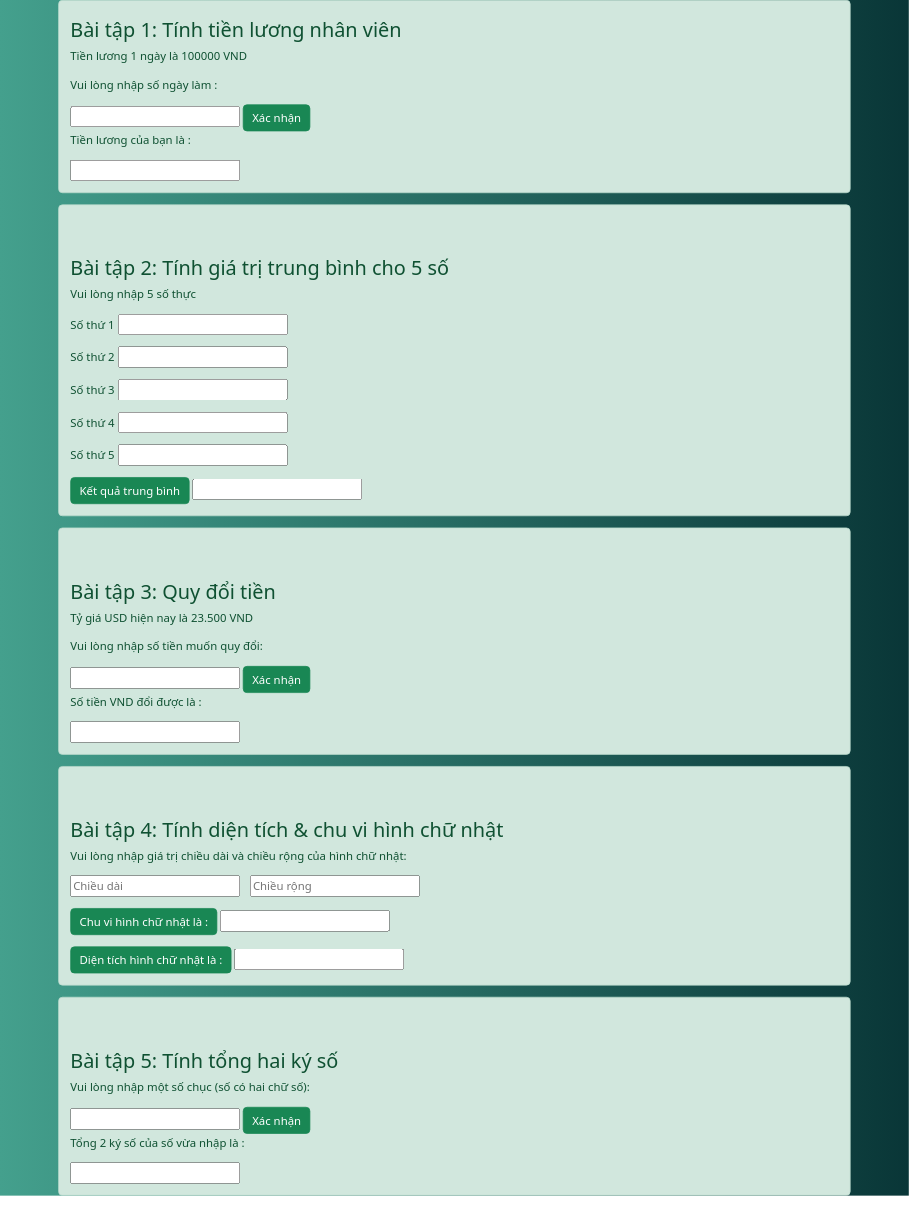
Repository: hcozyph/TranHuuPhuoc_BC43_BT_JS_Buoi2
Page: index.html
The author's editor kept a copy of each file at every save. The page is drawn from the files as they stood at one save, then again after the next save.
The browser window is 1280 px wide. The pictures show the whole page, at 71% of full size.

Above is the page before, as saved 2023-02-03 20:29:51.

After the next save:
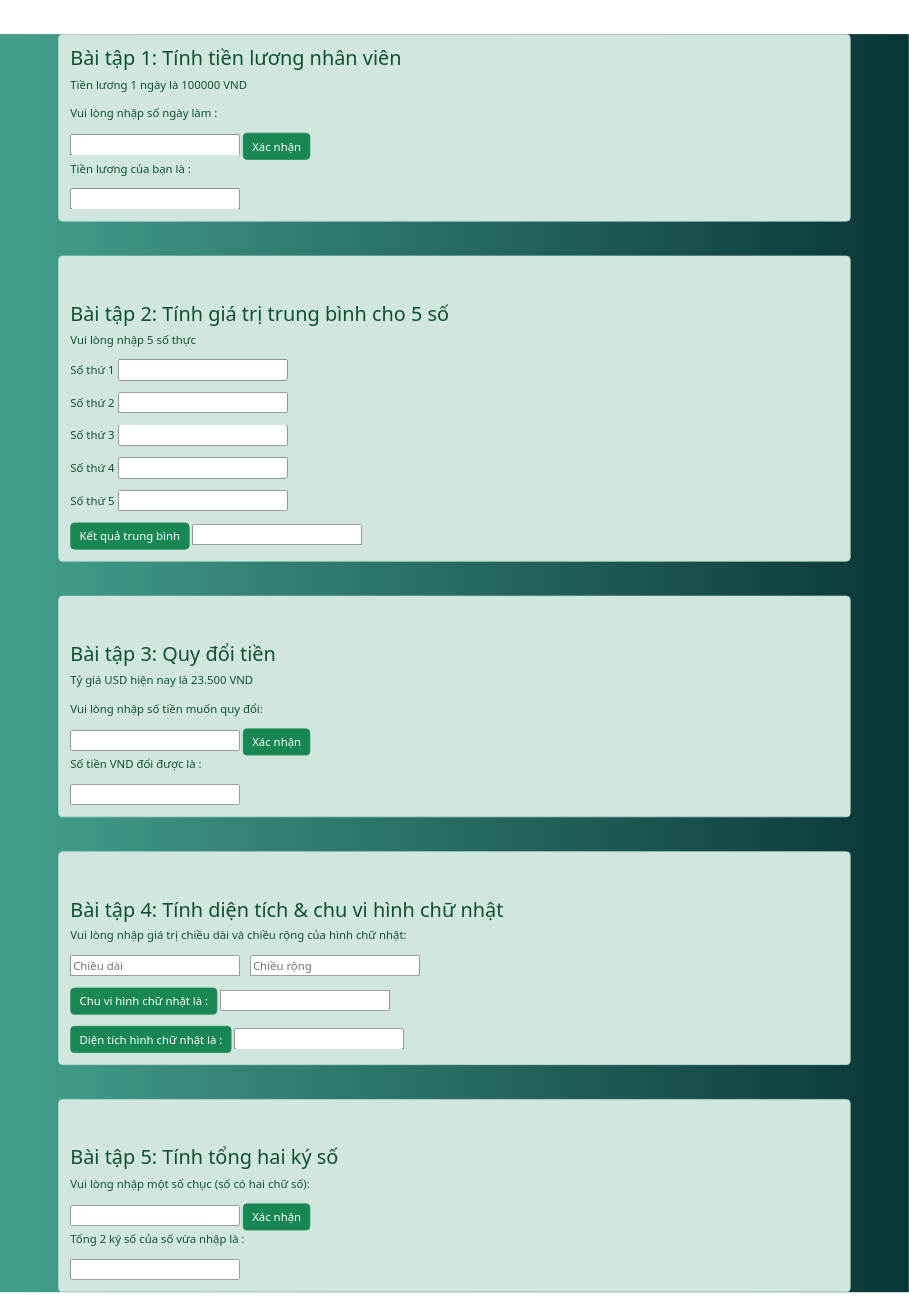
Saved 10 s later.
--- a/index.html
+++ b/index.html
@@ -45,7 +45,7 @@
             <!-- BT1 -->
             <div class="container">
                 <!-- BT-1 -->
-                <div class="BT1 alert alert-success pt-4">
+                <div class="BT1 alert alert-success mt-5">
                     <h1 class="fs-3">Bài tập 1: Tính tiền lương nhân viên</h1>
                     <p>Tiền lương 1 ngày là 100000 VND</p>
                     <p>Vui lòng nhập số ngày làm :</p>
@@ -62,7 +62,7 @@
                 </div>
 
                 <!-- BT2 -->
-                <div class="BT2 alert alert-success pt-4">
+                <div class="BT2 alert alert-success mt-5">
                     <h1 class="fs-3 mt-5">
                         Bài tập 2: Tính giá trị trung bình cho 5 số
                     </h1>
@@ -85,7 +85,7 @@
                 </div>
 
                 <!-- BT3 -->
-                <div class="BT3 alert alert-success pt-4">
+                <div class="BT3 alert alert-success mt-5">
                     <h1 class="fs-3 mt-5">Bài tập 3: Quy đổi tiền</h1>
                     <p>Tỷ giá USD hiện nay là 23.500 VND</p>
                     <p>Vui lòng nhập số tiền muốn quy đổi:</p>
@@ -104,7 +104,7 @@
                 </div>
 
                 <!-- BT4 -->
-                <div class="BT4 alert alert-success pt-4">
+                <div class="BT4 alert alert-success mt-5">
                     <h1 class="fs-3 mt-5">
                         Bài tập 4: Tính diện tích & chu vi hình chữ nhật
                     </h1>
@@ -137,7 +137,7 @@
                 </div>
 
                 <!-- BT5 -->
-                <div class="BT5 alert alert-success pt-4">
+                <div class="BT5 alert alert-success mt-5">
                     <h1 class="fs-3 mt-5">Bài tập 5: Tính tổng hai ký số</h1>
                     <p>Vui lòng nhập một số chục (số có hai chữ số):</p>
                     <input type="number" id="inputSoChuc" />
